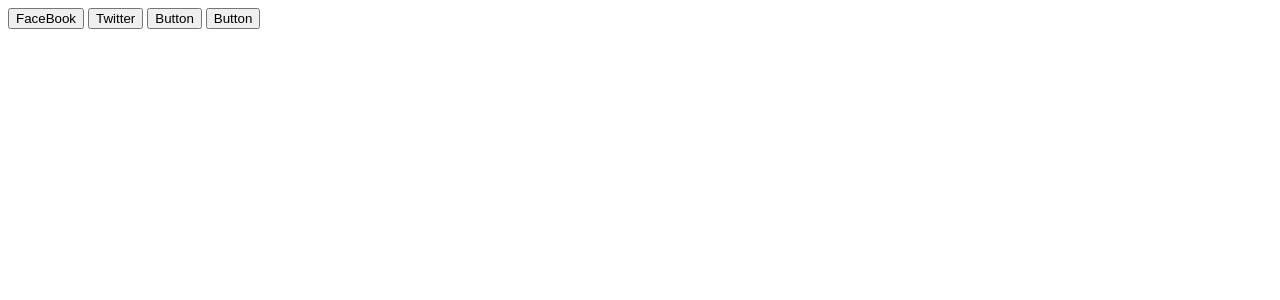
Repository: ZamlZam/LINK.
Page: index.html
An editor plug-in stored every save of this project. The page is shown before and after the next save, followed by the edit.
The browser window is 1280 px wide. The pictures show the whole page.

Above is the page before, as saved 2023-04-16 15:21:53.

### index.html
<!DOCTYPE html>
<html lang="en">
<head>
  <meta charset="UTF-8">
  <meta http-equiv="X-UA-Compatible" content="IE=edge">
  <meta name="viewport" content="width=device-width, initial-scale=1.0">
  <title>Link in bio</title>
</head>
<body>
 <div class="d-grid gap-2 col-6 mx-auto">
  <button class="btn btn-primary" type="button">FaceBook</button>
  <button class="btn btn-primary" type="button">Twitter</button>
  <button class="btn btn-primary" type="button">Button</button>
  <button class="btn btn-primary" type="button">Button</button>
</div>
</div>
</body>
</html>

After the next save:
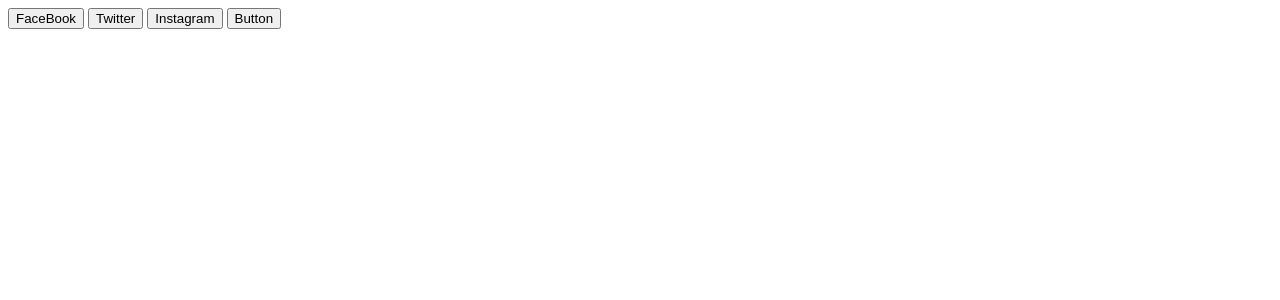
Saved 6 s later.
--- a/index.html
+++ b/index.html
@@ -10,7 +10,7 @@
  <div class="d-grid gap-2 col-6 mx-auto">
   <button class="btn btn-primary" type="button">FaceBook</button>
   <button class="btn btn-primary" type="button">Twitter</button>
-  <button class="btn btn-primary" type="button">Button</button>
+  <button class="btn btn-primary" type="button">Instagram</button>
   <button class="btn btn-primary" type="button">Button</button>
 </div>
 </div>
